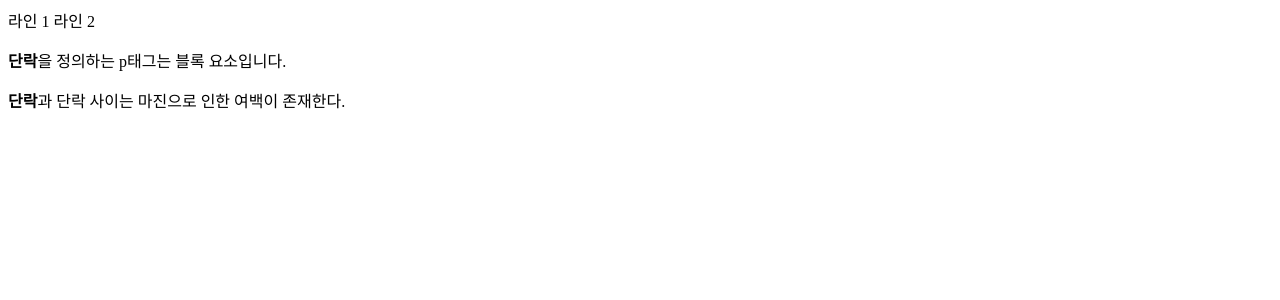
Repository: masima305/html_study
Page: Ex_1220/WebContent/day1/block_inline.html
These files come from the project's save history. The page is drawn as it stood at one moment and after the next save; the edit follows.
The browser window is 1280 px wide. The pictures show the whole page.

Above is the page before, as saved 2017-12-20 03:01:08.

### Ex_1220/WebContent/day1/block_inline.html
<!DOCTYPE html>
<html>
	<head>
		<meta charset="UTF-8">
		<title>블록 요소와 인라인 요소</title>
	</head>
	<body>
		라인 1
		라인 2


		<p><b>단락</b>을 정의하는 p태그는 블록 요소입니다.</p>

		<p><strong>단락</strong>과 단락 사이는 마진으로 인한 여백이 존재한다.</p>




	</body>
</html>

After the next save:
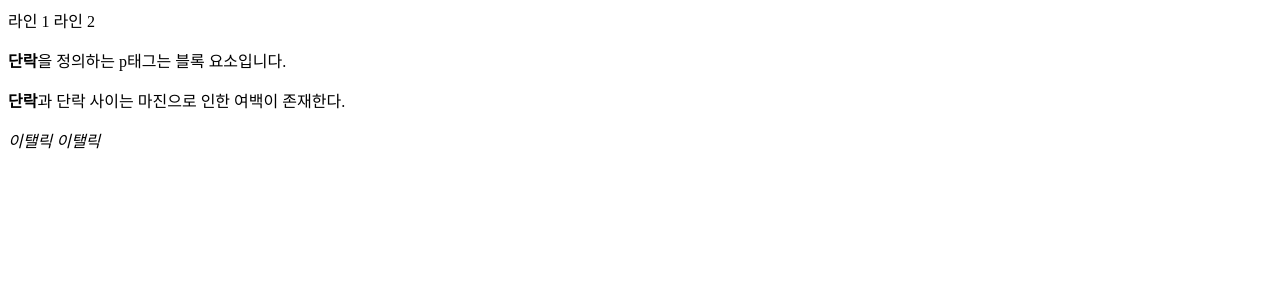
Saved 5 min 28 s later.
--- a/Ex_1220/WebContent/day1/block_inline.html
+++ b/Ex_1220/WebContent/day1/block_inline.html
@@ -12,8 +12,11 @@
 		<p><b>단락</b>을 정의하는 p태그는 블록 요소입니다.</p>
 
 		<p><strong>단락</strong>과 단락 사이는 마진으로 인한 여백이 존재한다.</p>
+		<!-- 시각장애인들을 위해 Strong으로 만들어져있다. 기계가 읽을때 strong부분을 인토네이선 넣어 읽어준다.
+		-->
 
-
+		<i>이탤릭</i>
+		<em>이탤릭</em>
 
 
 	</body>
